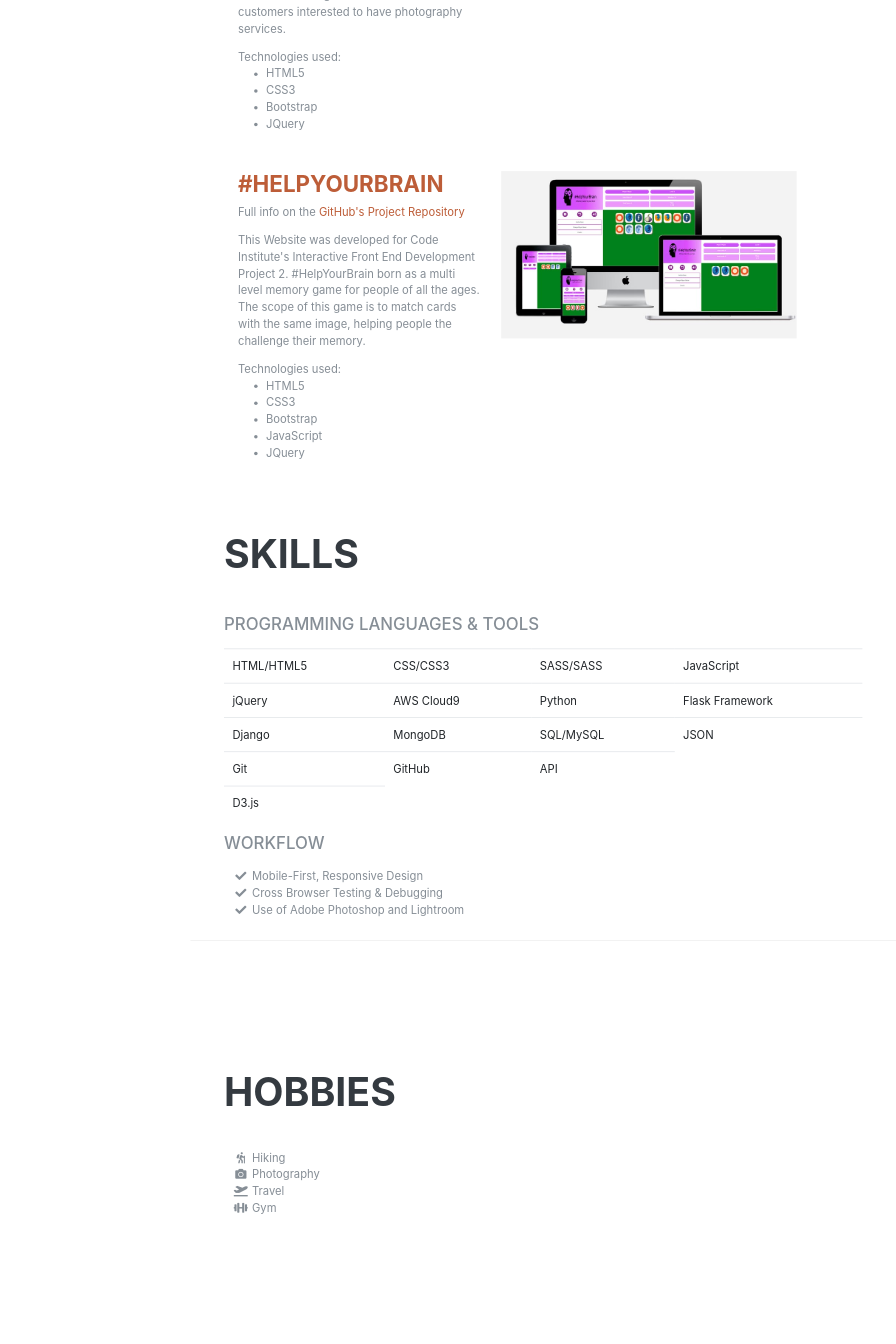
Repository: gello94/antonio_augello_online_Resume
Page: http://localhost/
The author's editor kept a record of every edit. The page is drawn from the files as they stood at one moment, then again after the next edit.
The browser window is 1280 px wide. The pictures show the part of the page from y = 2819 to 4739 px (the page is 4739 px tall), at 70% of full size.
Some web fonts or font styles are not loaded; a fallback is used. The page is served by the project's application, run on Flask 3 (run.py). Other server files are loaded and not shown.

Above is the page before.

### templates/index.html
<!DOCTYPE html>
<html lang="en">

<head>

  <meta charset="utf-8">
  <meta name="viewport" content="width=device-width, initial-scale=1, shrink-to-fit=no">
  <meta name="author" content="Antonio Augello">

  <title>Antonio Augello Resume</title>

  <!-- Bootstrap core CSS -->
  <link href="{{ url_for('static', filename='vendor/bootstrap/css/bootstrap.min.css')}}" rel="stylesheet">

  <!-- Custom fonts for this template -->
  <link href="https://fonts.googleapis.com/css?family=Saira+Extra+Condensed:500,700" rel="stylesheet">
  <link href="https://fonts.googleapis.com/css?family=Muli:400,400i,800,800i" rel="stylesheet">
  <link href="{{ url_for('static', filename='vendor/fontawesome-free/css/all.min.css')}}" rel="stylesheet">

  <!-- Custom styles for this template -->
  <link href="{{ url_for('static', filename='css/resume.min.css')}}" rel="stylesheet">
  <link href="{{ url_for('static', filename='css/main.css')}}" rel="stylesheet">

</head>

<body id="page-top">

  <nav class="navbar navbar-expand-lg navbar-dark bg-primary fixed-top" id="sideNav">
    <a class="navbar-brand js-scroll-trigger" href="#page-top">
      <span class="d-block d-lg-none">Antonio Augello</span>
      <span class="d-none d-lg-block">
        <img class="img-fluid img-profile rounded-circle mx-auto mb-2" src="static/img/img_profile.jpg" alt="Profile Image">
      </span>
    </a>
    <button class="navbar-toggler" type="button" data-toggle="collapse" data-target="#navbarSupportedContent" aria-controls="navbarSupportedContent" aria-expanded="false" aria-label="Toggle navigation">
      <span class="navbar-toggler-icon"></span>
    </button>
    <div class="collapse navbar-collapse" id="navbarSupportedContent">
      <ul class="navbar-nav">
        <li class="nav-item">
          <a class="nav-link js-scroll-trigger" href="#about">About</a>
        </li>

        <li class="nav-item">
          <a class="nav-link js-scroll-trigger" href="#education">Education</a>
        </li>

        <li class="nav-item">
          <a class="nav-link js-scroll-trigger" href="#experience">Experience</a>
        </li>
        <li class="nav-item">
          <a class="nav-link js-scroll-trigger" href="#portfolio">Portfolio</a>
        </li>
        <li class="nav-item">
          <a class="nav-link js-scroll-trigger" href="#skills">Skills</a>
        </li>
        <li class="nav-item">
          <a class="nav-link js-scroll-trigger" href="#interests">Hobbies</a>
        </li>
      </ul>
    </div>
  </nav>

  <div class="container-fluid p-0">

    <!-- Header -->
    <section class="resume-section p-3 p-lg-5 d-flex align-items-center" id="about">
      <div class="w-100">
        <h1 class="mb-0">Antonio
          <span class="text-primary">Augello</span>
        </h1>
        <div class="subheading mb-5">62 Fisherman's Quay, Grove Island, Co. Limerick · (+353) 85285293 ·
          <a href="mailto:name@email.com">toni.gello94@gmail.com</a>
        </div>
        <p class="lead mb-5">Working as a Nurse, currently studying at Code Institute to be a Full Stack Software Web Developer, passionate about Web Software Development and UX/UI. Photographer as hobbyist with Knowledge of Adobe Photoshop and Adobe Lightroom. My actual
          goal is to be a Full Stack Wed Developer following my passion that i grow since I was a kid</p>
        <div class="social-icons">
          <a href="https://www.linkedin.com/in/antonio-augello-aba83911a/">
            <i class="fab fa-linkedin-in"></i>
          </a>
          <a href="https://github.com/gello94">
            <i class="fab fa-github"></i>
          </a>
        </div>
      </div>
    </section>
    <!-- /Header -->

    <hr class="m-0">

    <!-- Education Section -->
    <section class="resume-section p-3 p-lg-5 d-flex align-items-center" id="education">
      <div class="w-100">
        <h2 class="mb-5">Education</h2>

        <div class="resume-item d-flex flex-column flex-md-row justify-content-between mb-5">
          <div class="resume-content">
            <h3 class="mb-0">Code Institute</h3>
            <div class="subheading mb-3">Full Stack Diploma in Software Development</div>
            <div>Modules: </div>
            <p>HTML Fundamentals ~ CSS Fundamentals~ JavaScript Fundamentals ~ Python Fundamentals ~Practical Python ~User Centric Frontend Development~ Interactive Centric Frontend Development </p>
          </div>
          <div class="resume-date text-md-right">
            <span class="text-primary">August 2018 - Present</span>
          </div>
        </div>

        <div class="resume-item d-flex flex-column flex-md-row justify-content-between">
          <div class="resume-content">
            <h3 class="mb-0">University of Studies "G. D'Annunzio" of Chieti</h3>
            <div class="subheading mb-3">Nursing Degree </div>
          </div>
          <div class="resume-date text-md-right">
            <span class="text-primary">September 2013 - July 2016</span>
          </div>
        </div>
      </div>
    </section>
    <!-- /Education Section -->

    <hr class="m-0">

    <!-- Experience Section -->
    <section class="resume-section p-3 p-lg-5 d-flex justify-content-center" id="experience">
      <div class="w-100">
        <h2 class="mb-5">Experience</h2>

        <div class="resume-item d-flex flex-column flex-md-row justify-content-between mb-5">
          <div class="resume-content">
            <h3 class="mb-0">HDU Staff Nurse </h3>
            <div class="subheading mb-3">High Dependency Unit - University Hospital Limerick </div>
            <div>Main Role and Responsibilities: </div>
            <ul>
              <li>Maintain the prepared standard protocol of asepsis strictly.</li>
              <li>Check all electrical points, pipe line 02, in built suckers for proper working condition. </li>
              <li>Communicate with concerned person for proper maintenance of unit. </li>
              <li>Prepare the drugs, crash trolley, etc. properly. </li>
              <li>Check Oxygen, Carbon dioxide, Nitrous Oxide etc. for proper use. </li>
              <li>Check monitor, ventilator, all life saving gadgets for proper working condition. </li>
              <li>Provide special care to the patient guided by the Medical Officer e.g. endo-trachial suction. </li>
            </ul>

          </div>
          <div class="resume-date text-md-right">
            <span class="text-primary">June 2017 - January 2019</span>
          </div>
        </div>

        <div class="resume-item d-flex flex-column flex-md-row justify-content-between mb-5">
          <div class="resume-content">
            <h3 class="mb-0">Orthopedic Staff Nurse </h3>
            <div class="subheading mb-3">Croom Hospital - University Hospital Limerick </div>
            <div>Main Role and Responsibilities: </div>
            <ul>
              <li>Manage post operative pain and surgical site.</li>
              <li>Assess patient's condition and monitor post-surgical recover. </li>
              <li>Implement post-surgical treatment plan and provide detailed report to medical/ nurse for patient transfer/admission. </li>
              <li>Identify/Initiate emergent situations and procedures. </li>
              <li>Provide patient care according to the hospital processes, policies and procedures. </li>
              <li> Recognize clinical abnormalities then communicated with anesthesiologist in reference to diagnosing and treating of clinical problems. </li>
              <li> Ensure care provided is in accordance with standards established by the HSE, NMBI, HIQA, and other regulatory agencies. </li>
              <li>Provide acute care for post-operative patients recovering from anesthesia in POCU.</li>
              <li>Educate and support patient and family on care of patient.</li>
            </ul>

          </div>
          <div class="resume-date text-md-right">
            <span class="text-primary">January 2019 - Present</span>
          </div>
        </div>

      </div>

    </section>
    <!-- /Experience Section -->

    <hr class="m-0">

    <!-- Portfolio Section -->
    <section class="resume-section p-3 p-lg-5 d-flex align-items-center" id="portfolio">
      <div class="w-100">
        <h2 class="mb-5">Portfolio</h2>

        <!-- Portfolio Grid Items -->
        <div class="row">

          <!--Portfolio 1-->
          <div class="portfolio-section">
            <div class="col-12">
              <div class="row">
                <div class="col-xs-12 col-md-5">
                  <div class="portfolio-head">
                    <h3><a href="https://gello94.github.io/first-milestone-antonio/" target="_blank">Augello PhotoWorld</a></h3>
                  </div>
                  <div class="info_project">
                    <p>Full info on the <a href="https://github.com/gello94/first-milestone-antonio">GitHub's Project Repository</a></p>
                    <p>This Website was developed for Code Institute's User Centic Front End Development Project 1 and is an advertising website of myself as photographer to promote my photography services. It's a five pages responsive website, each area
                      is build to made easily the navigation trough the contents and to give all the info needed to the customers interested to have photography services.
                    </p>
                    <div class="list_technologies">
                      <div>Technologies used:</div>
                      <ul>
                        <li>HTML5</li>
                        <li>CSS3</li>
                        <li>Bootstrap</li>
                        <li>JQuery</li>
                      </ul>
                    </div>
                  </div>
                </div>
                <div class="col-xs-12 col-md-7">
                  <div class="Portfolio-body">
                    <img class="img-fluid img_portfolio" src="static/img/project1.jpg" alt="Project 1">
                  </div>
                </div>
              </div>
            </div>
          </div>

          <hr class="m-0">

          <!--Portfolio 2-->
          <div class="portfolio-section">
            <div class="col-12">
              <div class="row">
                <div class="col-xs-12 col-md-5">
                  <div class="portfolio-head">
                    <h3><a href="https://gello94.github.io/second-milestone-antonio/" target="_blank">#HELPYOURBRAIN</a></h3>
                  </div>
                  <div class="info_project">
                    <p>Full info on the <a href="https://github.com/gello94/second-milestone-antonio">GitHub's Project Repository</a></p>
                    <p>This Website was developed for Code Institute's Interactive Front End Development Project 2. #HelpYourBrain born as a multi level memory game for people of all the ages. The scope of this game is to match cards with the same image,
                      helping people the challenge their memory.</p>
                    <div class="list_technologies">
                      <div>Technologies used:</div>
                      <ul>
                        <li>HTML5</li>
                        <li>CSS3</li>
                        <li>Bootstrap</li>
                        <li>JavaScript</li>
                        <li>JQuery</li>
                      </ul>
                    </div>
                  </div>
                </div>
                <div class="col-xs-12 col-md-7">
                  <div class="Portfolio-body">
                    <img class="img-fluid img_portfolio" src="static/img/project2.jpg" alt="Project 1">
                  </div>
                </div>
              </div>

            </div>
          </div>

          <!-- /.row -->

        </div>
    </section>


    <!-- Skills Section -->
    <section class="resume-section p-3 p-lg-5 d-flex align-items-center" id="skills">
      <div class="w-100">
        <h2 class="mb-5">Skills</h2>

        <div class="subheading mb-3">Programming Languages &amp; Tools</div>
        <table class="table">
          <thead>

          </thead>
          <tbody>
            <tr>
              <td>HTML/HTML5</td>
              <td>CSS/CSS3</td>
              <td>SASS/SASS</td>
              <td>JavaScript</td>
            </tr>
            <tr>
              <td>jQuery</td>
              <td>AWS Cloud9</td>
              <td>Python</td>
              <td>Flask Framework</td>
            </tr>
            <tr>
              <td>Django</td>
              <td>MongoDB</td>
              <td>SQL/MySQL</td>
              <td>JSON</td>
            </tr>
            <tr>
              <td>Git</td>
              <td>GitHub</td>
              <td>API</td>
            </tr>
            <tr>
                            <td>D3.js</td>

            </tr>
          </tbody>
        </table>
        </ul>

        <div class="subheading mb-3">Workflow</div>
        <ul class="fa-ul mb-0">
          <li>
            <i class="fa-li fa fa-check"></i> Mobile-First, Responsive Design</li>
          <li>
            <i class="fa-li fa fa-check"></i> Cross Browser Testing &amp; Debugging</li>
          <li>
            <i class="fa-li fa fa-check"></i> Use of Adobe Photoshop and Lightroom</li>
        </ul>
      </div>

    </section>

    <hr class="m-0">

    <!-- Hobbies Section -->
    <section class="resume-section p-3 p-lg-5 d-flex align-items-center" id="interests">
      <div class="w-100">
        <h2 class="mb-5">Hobbies</h2>
        <div class="subheading mb-3"></div>
        <ul class="fa-ul mb-0">
          <li>
            <i class="fa-li fa fa-hiking"></i> Hiking
          </li>
          <li>
            <i class="fa-li fa fa-camera"></i> Photography
          </li>
          <li>
            <i class="fa-li fa fa-plane-departure"></i> Travel
          </li>
          <li>
            <i class="fa-li fa fa-dumbbell"></i> Gym </li>
        </ul>
      </div>
    </section>
    <!-- /Hobbies Section -->

    </div>

    <!-- Bootstrap core JavaScript -->
    <script src="{{ url_for('static', filename='vendor/jquery/jquery.min.js')}}"></script>
    <script src="{{ url_for('static', filename='vendor/bootstrap/js/bootstrap.bundle.min.js')}}"></script>

    <!-- Plugin JavaScript -->
    <script src="{{ url_for('static', filename='vendor/jquery-easing/jquery.easing.min.js')}}"></script>

    <!-- Custom scripts for this template -->
    <script src="{{ url_for('static', filename='js/resume.min.js')}}"></script>

</body>

</html>

### run.py
import os
from flask import Flask, render_template

app = Flask(__name__)
app.secret_key = "some_secret"

@app.route('/')
def index():
    return render_template("index.html")


if __name__ == '__main__':
    app.run(host=os.environ.get('IP'),
            port=int(os.environ.get("PORT")),
            debug=True)

### static/css/main.css
#sideNav .navbar-brand .img-profile {
    border: 0px;
}

#sideNav .navbar-brand .img-profile:hover:active {

    -ms-transform: scale(1.5, 1.5);
    /* IE 9 */
    -webkit-transform: scale(1.5, 1.5);
    /* Safari 3-8 */
    transform: scale(1.5, 1.5);
    margin-bottom: 15px;
}

@media (min-width: 992px) {
    #sideNav .navbar-brand {

        padding-bottom: 1.5rem;
    }
}

.d-block .d-lg-none {
    padding-bottom: 15px;
}

.bg-primary {
    background-color: #ea5914!important;
}

.text-primary {
    color: #ea5914!important;
}

@media (min-width: 768px) {
    section.resume-section {
        min-height: 80vh!important;
    }
}

@media (min-width: 992px) {
    section.resume-section {
        padding-top: 2rem!important;
        padding-bottom: 2rem!important;
    }
}

.img_portfolio {
    height: auto;
    max-height: 85%;
    width: auto;
    max-width: 85%;
}

.portfolio-section {
    padding: 20px;
    width: 100%;
}

Loaded but not shown: static/css/resume.min.css (library); static/js/resume.min.js (common file)

After the next edit:
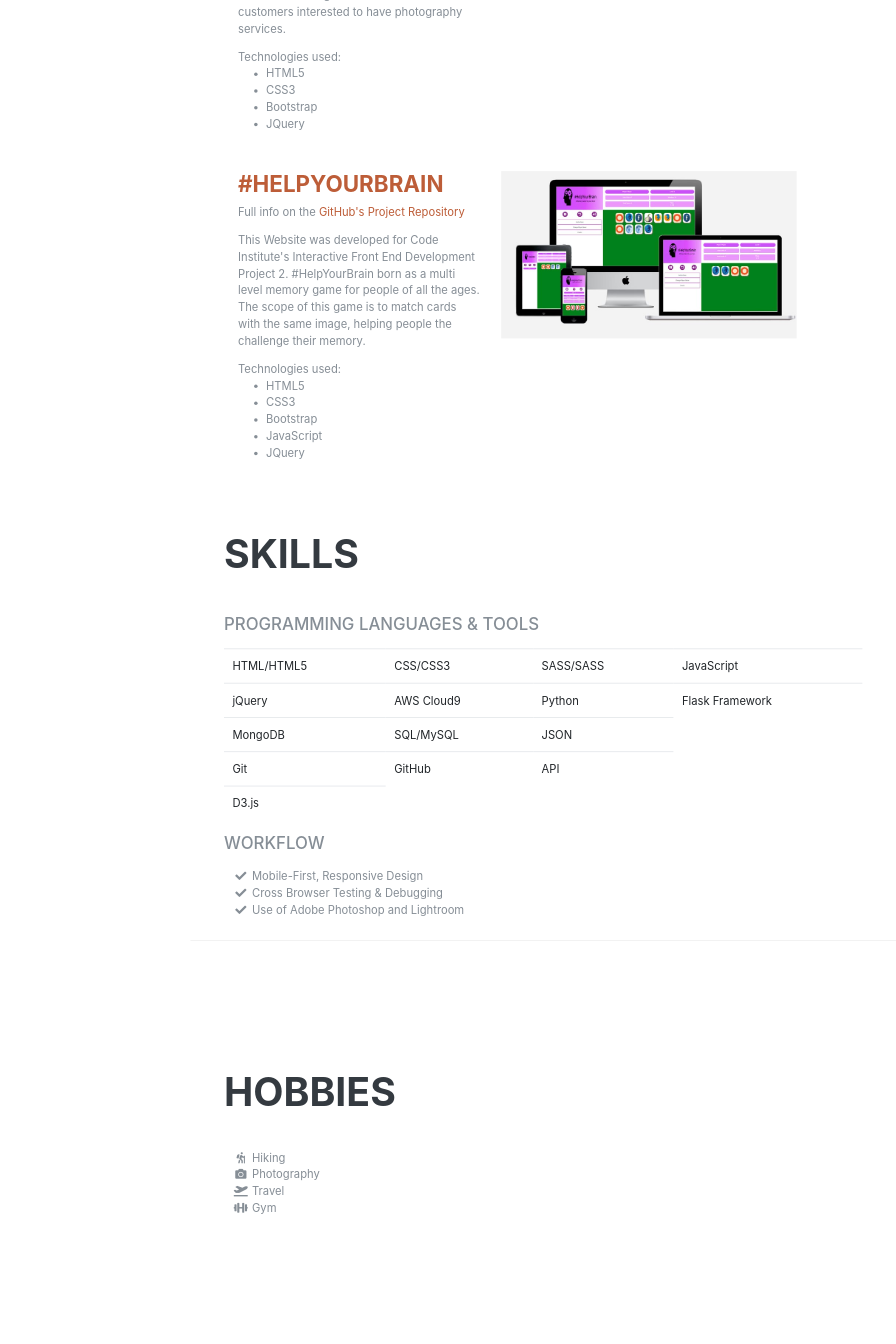
The edit:
--- a/templates/index.html
+++ b/templates/index.html
@@ -283,7 +283,6 @@
               <td>Flask Framework</td>
             </tr>
             <tr>
-              <td>Django</td>
               <td>MongoDB</td>
               <td>SQL/MySQL</td>
               <td>JSON</td>
